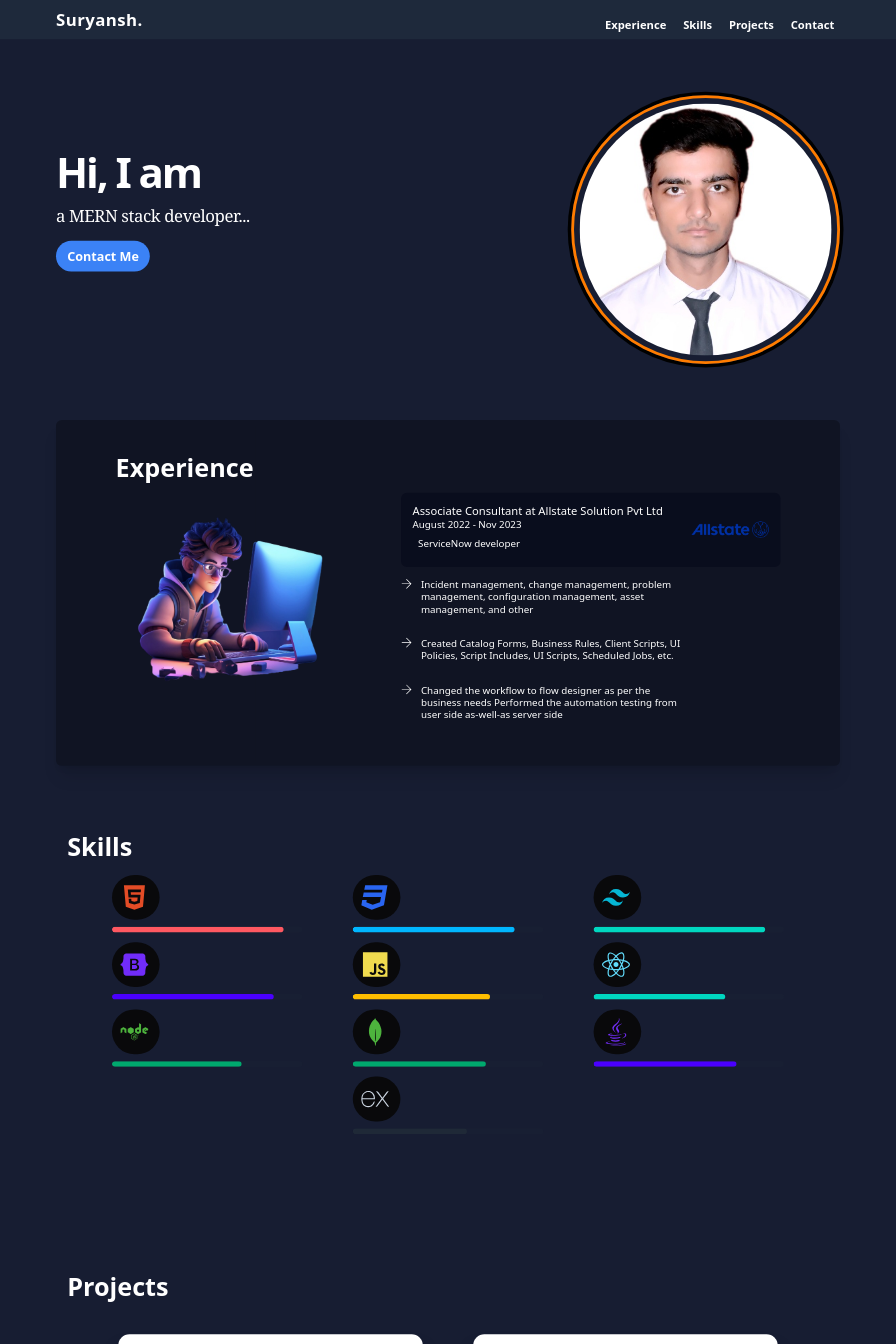
Repository: suryanshsingh99181/portfolio
Page: /
An editor plug-in stored every save of this project. The page is shown before and after the next save, followed by the edit.
The browser window is 1280 px wide. The pictures show the part of the page from y = 0 to 1920 px (the page is 4138 px tall), at 70% of full size.
The project was rebuilt for these pictures with package versions that can differ from the ones it lists, and the page was loaded fresh each time. Also part of the build but not shown: vite.config.js.

Above is the page before, as saved 2024-08-22 23:18:59.

After the next save:
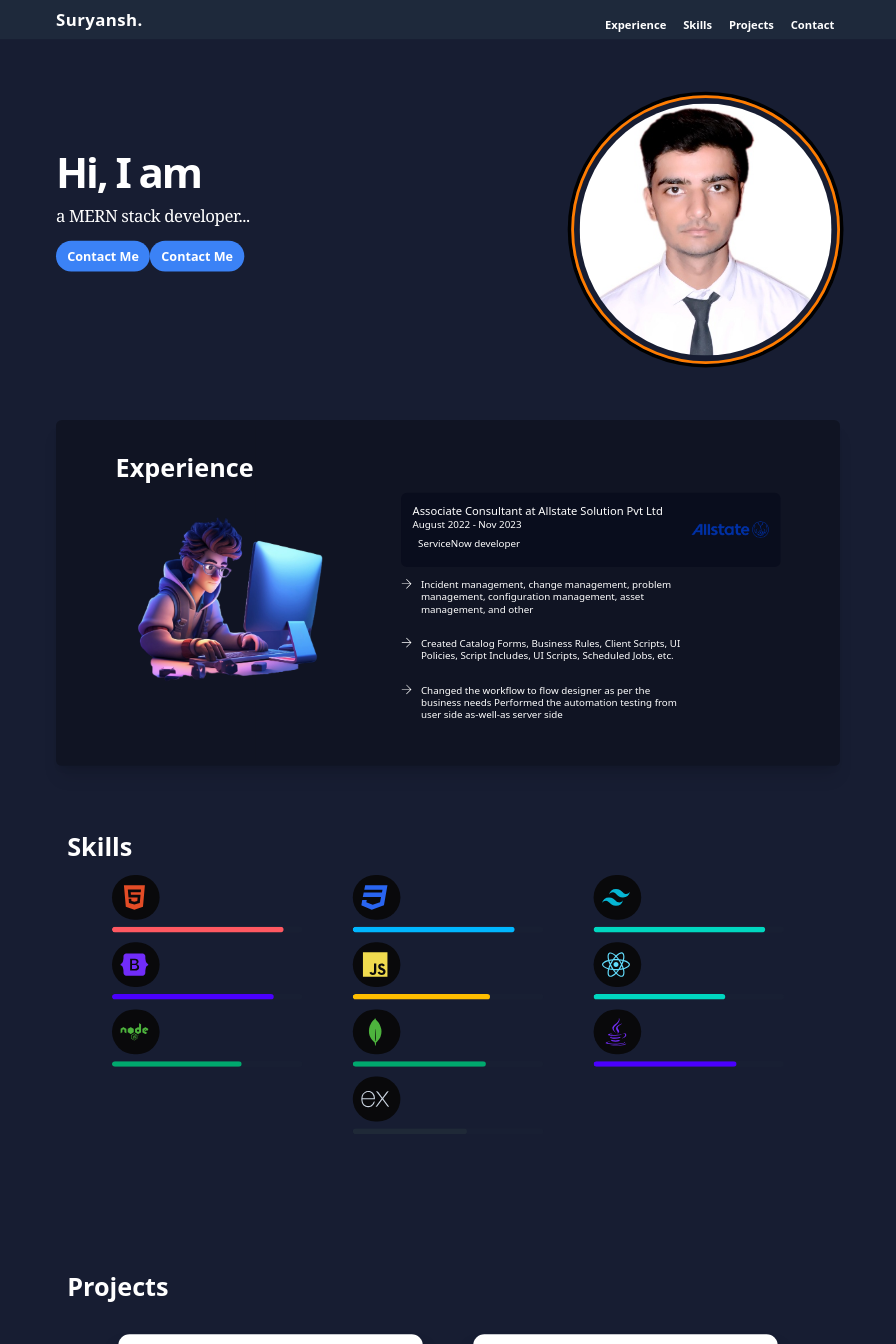
Saved 105 s later.
--- a/src/Components/home/Home.jsx
+++ b/src/Components/home/Home.jsx
@@ -15,6 +15,9 @@
         <button className=" bg-blue-500 mt-5 md:md-10 text-white py-2 px-3 text-sm md:text-lg md:px-4 hover: duration-300 hover:scale-105 hover:bg-transparent hover:border-2 hover:border-[#FF7C00] font-semibold rounded-3xl bg-[#46]">
           Contact Me
         </button>
+        <button className=" bg-blue-500 mt-5 md:md-10 text-white py-2 px-3 text-sm md:text-lg md:px-4 hover: duration-300 hover:scale-105 hover:bg-transparent hover:border-2 hover:border-[#FF7C00] font-semibold rounded-3xl bg-[#46]">
+          Contact Me
+        </button>
       </div>
       <div>
         <img
